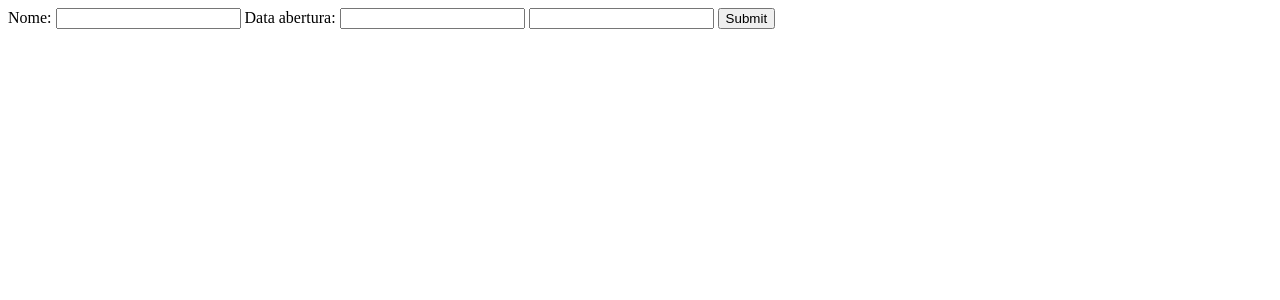
Repository: CauaneTemporin/API_CRUD_JAVA_Servlet_JSP
Page: http://localhost/gerenciador/formEmpresa.jsp
An editor plug-in stored every save of this project. The page is shown before and after the next save, followed by the edit.
The browser window is 1280 px wide. The pictures show the whole page.
The page is served by Tomcat 9. Other server files are loaded and not shown.

Above is the page before, as saved 2023-05-15 01:16:26.

### gerenciador/src/main/webapp/formEmpresa.jsp
<%@ taglib uri="http://java.sun.com/jsp/jstl/core" prefix="c" %>
<c:url value="/fornecedor" var="linkServletEmpresa"/>

<!DOCTYPE html>
<html>
<head>
<meta charset="ISO-8859-1">
<title>Adicionar empresas</title>
</head>

<body>
	<form action="${linkServletEmpresa }" method="post">
		Nome: <input type="text" name="nome"/>
		Data abertura: <input type="text" name="nome"> <input type="data" />

		<input type="submit" />
	</form>
</body>
</html>

After the next save:
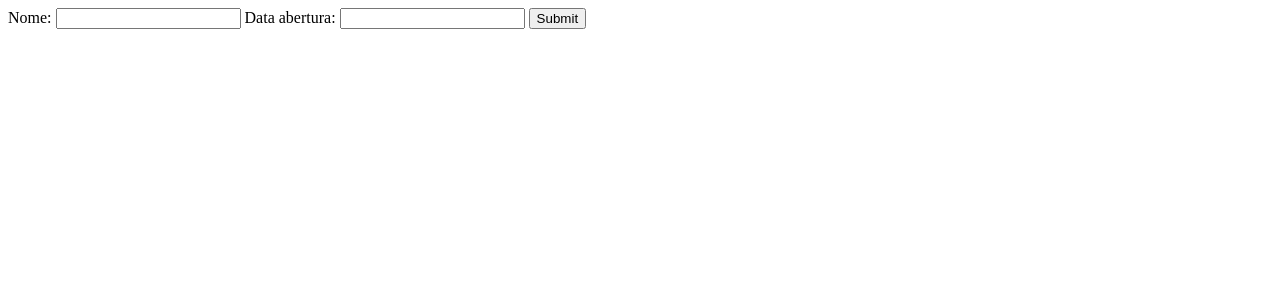
Saved 77 s later.
--- a/gerenciador/src/main/webapp/formEmpresa.jsp
+++ b/gerenciador/src/main/webapp/formEmpresa.jsp
@@ -11,7 +11,7 @@
 <body>
 	<form action="${linkServletEmpresa }" method="post">
 		Nome: <input type="text" name="nome"/>
-		Data abertura: <input type="text" name="nome"> <input type="data" />
+		Data abertura: <input type="text" name="nome"/>
 
 		<input type="submit" />
 	</form>
